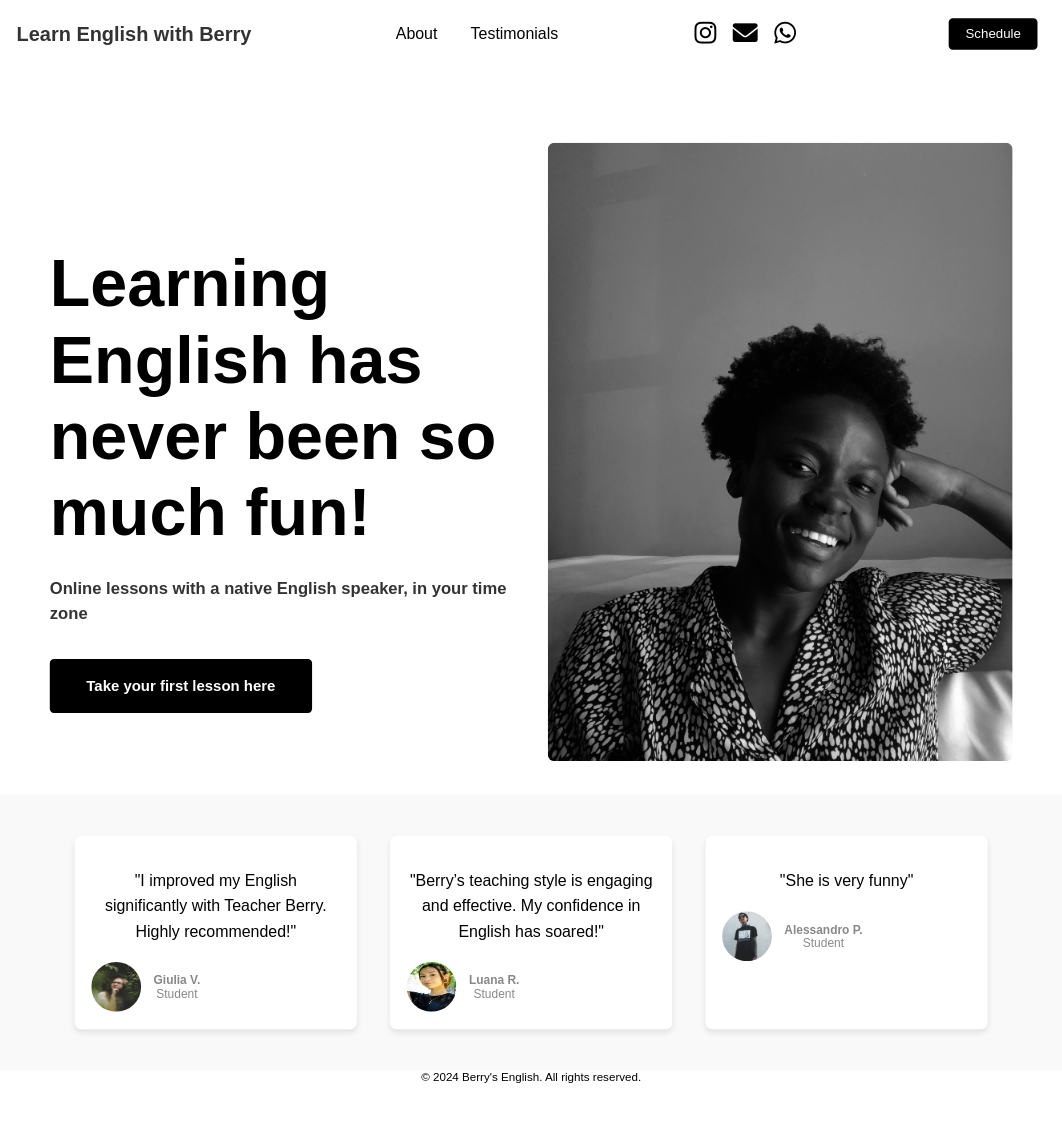
Repository: ntandomagana/esl-landing-page
Page: index.html
These files come from the project's save history. The page is drawn as it stood at one moment and after the next save; the edit follows.
The browser window is 1280 px wide. The pictures show the whole page, at 83% of full size.

Above is the page before, as saved 2024-07-17 14:56:58.

### index.html
<!DOCTYPE html>
<html lang="en">
<head>
    <meta charset="UTF-8">
    <meta name="viewport" content="width=device-width, initial-scale=1.0">
    <link rel="stylesheet" href="https://cdnjs.cloudflare.com/ajax/libs/font-awesome/6.0.0-beta3/css/all.min.css">

    <title>Berry's English</title>
    <link rel="stylesheet" href="index.css">
</head>
<body>
    <!-- Header Section -->
    <header>
        <div class="header-container">
            <div class="logo"><h1>Learn English with Berry</h1>
            </div>
            <nav>
                <ul>
                    <li><a href="#about">About</a></li>
                    <li><a href="#testimonials">Testimonials</a></li>

                </ul>
            </nav>
            <div class="social-links">
                <a href="https://www.instagram.com/ntandoblack_" target="_blank" class="social-link"><i class="fab fa-instagram"></i></a>
                <a href="mailto:ntandomagana@gmail.com" target="_blank" class="social-link"><i class="fas fa-envelope"></i></a>
                <a href="https://wa.me/0784063434" target="_blank" class="social-link"><i class="fab fa-whatsapp"></i></a>
            </div>
            <a href="#contact" class="schedule-button">Schedule</a>
        </div>
    </header>

    <!-- Left and right division -->
     <section class="content-section">
        <div class="content-wrapper">
            <div class="left-content">
                <h2>Learning English has <br />
                    never been so much fun!</h2>
                <p>Online lessons with a native English speaker, in your time zone</p>
                <a href="https://calendar.google.com/calendar/u/0/r" target="_blank" class="action-button">Take your first lesson here</a>
            </div>

            <div class="right-content">
                <img src="./assets/bwpp.jpg" alt="Teacher Berry's Image">
            </div>
        </div>

        <section id="testimonials" class="testimonials-section">
    <div class="testimonials-container">
        <div class="testimonial-item">
            <div class="testimonial-content">
                <p>"I improved my English significantly with Teacher Berry. Highly recommended!"</p>
            </div>
            <div class="testimonial-author">
                <img src="./assets/first.jpg" alt="Testimonial Author">
                <p><strong>Giulia V.</strong><br>Student</p>
            </div>
        </div>

        <div class="testimonial-item">
            <div class="testimonial-content">
                <p>"Berry’s teaching style is engaging and effective. My confidence in English has soared!"</p>
            </div>
            <div class="testimonial-author">
                <img src="./assets/second.jpg" alt="Testimonial Author">
                <p><strong>Luana R.</strong><br>Student</p>
            </div>
        </div>

        <div class="testimonial-item">
            <div class="testimonial-content">
                <p>"She is very funny"</p>
            </div>
            <div class="testimonial-author">
                <img src="./assets/third.jpg" alt="Testimonial Author">
                <p><strong>Alessandro P.</strong><br>Student</p>
            </div>
        </div>
    </div>

</section>


    <!-- Add more testimonials as needed -->

    <footer>
        <div class="footer-container">
            <p>&copy; 2024 Berry's English. All rights reserved.</p>
        </div>


     </section>
    </footer>
</body>
</html>

### index.css
/* styles.css */

body {
  font-family: Arial, Helvetica, sans-serif;
  margin: 0;
  padding: 0;
  box-sizing: border-box;
}

.header-container {
  display: flex;
  justify-content: space-between;
  align-items: center;
  padding: 10px 20px;
  background-color: white;
}

.logo h1 {
  margin: 0;
  font-size: 24px;
  color: #333;
}

nav ul {
  list-style-type: none;
  padding: 0;
  margin: 0;
  display: flex;
}

nav ul li {
  display: inline;
  margin: 20px; /* Adjust margin to add space between list items */
}

nav ul li:last-child {
  margin-right: 0;
}

nav ul li a {
  color: rgb(2, 2, 2);
  text-decoration: none;
  font-size: 1.2rem;
}

nav ul li a:hover {
  color: black;
  font-weight: bold;
}

.social-links {
  display: flex;
  align-items: center;
  margin-right: 20px;
}

.social-link {
  margin: 0 10px;
  display: inline-block;
  color: black;
  font-size: 30px;
  transition: color 0.3s ease, transform 0.3s ease, box-shadow 0.3s ease;
}

.social-link i {
  color: black;
}

.social-link:hover i {
  color: black;
  transition: black 4s ease-in-out;
  transform: translateY(-5px);
  box-shadow: 0 4px 8px rgba(19, 18, 18, 0.2);
}

.schedule-button {
  padding: 10px 20px;
  background-color: black;
  color: #fff;
  text-decoration: none;
  border-radius: 5px;
  transition: background-color 0.3s ease;
  border: none;
  cursor: pointer;
  margin-right: 10px;
}

.schedule-button:hover {
  background-color: #fff;
  border-color: rgba(0, 0, 0, 0);
  border: solid black;
  color: black;
}

.content-section {
  padding: 50px 0;
  text-align: center;
}

.content-wrapper {
  display: flex;
  justify-content: space-around;
  align-items: stretch;
  max-width: 1200px;
  margin: 20px auto;
}

.left-content {
  flex: 1;
  padding: 20px;
  text-align: left;
  display: flex;
  flex-direction: column;
  justify-content: center;
  align-items: flex-start;
}

.left-content h2 {
  font-size: 5rem;
  align-items: flex-end;
  color: rgb(0, 0, 0);
  margin-bottom: 10px;
  width: 100%;
}

.left-content p {
  font-size: 20px;
  color: #333;
  width: 100%;
  font-weight: bold;
  line-height: 1.5;
}

.right-content {
  flex: 1;
  padding: 20px;
  text-align: center;
  display: flex;
  justify-content: center;
  align-items: center;
}

.right-content img {
  max-width: 100%;
  height: auto;
  max-height: 800px; /* Example maximum height, adjust as needed */
  border-radius: 8px;
  /* Optional: Adds a subtle shadow */
}

.action-button {
    display: inline-block;
  padding: 18px 40px;
  background-color: black;
  color: #fff;
  border: 4px solid black;
  text-decoration: none;
  border-radius: 5px;
  transition: background-color 0.3s ease;
  margin-top: 20px;
  font-size: 18px;
  font-weight: bold;

}

.action-button:hover {
  background-color: #fff;
  border-color: rgba(0, 0, 0, 0);
  border: 4px solid black;
  color: black;
  margin: 20px;
  padding: 18px 40px;
}


.testimonials-section {
    padding: 50px 0;
    text-align: center;
    background-color: #f9f9f9; /* Light background color */
}

.testimonials-container {
    display: flex;
    justify-content: center; /* Center align items horizontally */
    gap: 20px;
}

.testimonial-item {
    width: 300px; /* Adjust width as needed */
    margin: 0 10px; /* Adjust margin between testimonials */
    padding: 20px;
    background-color: #fff;
    border-radius: 8px;
    box-shadow: 0 4px 8px rgba(0, 0, 0, 0.1); /* Subtle shadow effect */
}

.testimonial-content {
    margin-bottom: 20px;
}

.testimonial-content p {
    font-size: 1.2rem;
    line-height: 1.6;
}

.testimonial-author {
    display: flex;
    align-items: center;
}

.testimonial-author img {
    width: 60px;
    height: 60px;
    border-radius: 50%; /* Rounded avatar */
    margin-right: 15px;
}

.testimonial-author p {
    font-size: 0.9rem;
    color: #888;
}

.testimonial-author strong {
    font-weight: bold;
}

/* index.css */

/* Styles for header, main content, testimonials, etc. */

footer {
    background-color: white;
    color: black;;
    padding:
    text-align: center;
}

.footer-container {
    display: flex;
    justify-content: center;
    align-items: center;
    max-width: 1200px;
    margin: 0 auto;
}

.footer-container p {
    margin: 0;
    font-size: 14px;
}



@media (max-width: 768px) {
    .content-wrapper {
        flex-direction: column; /* Stack columns vertically on smaller screens */
        text-align: center;
    }

    .left-content, .right-content {
        padding: 10px; /* Adjust padding for smaller screens */
    }

    .testimonial-item {
        width: 100%; /* Full width for testimonials on smaller screens */
        margin: 0 0 20px; /* Adjust margin for spacing */
    }
}

After the next save:
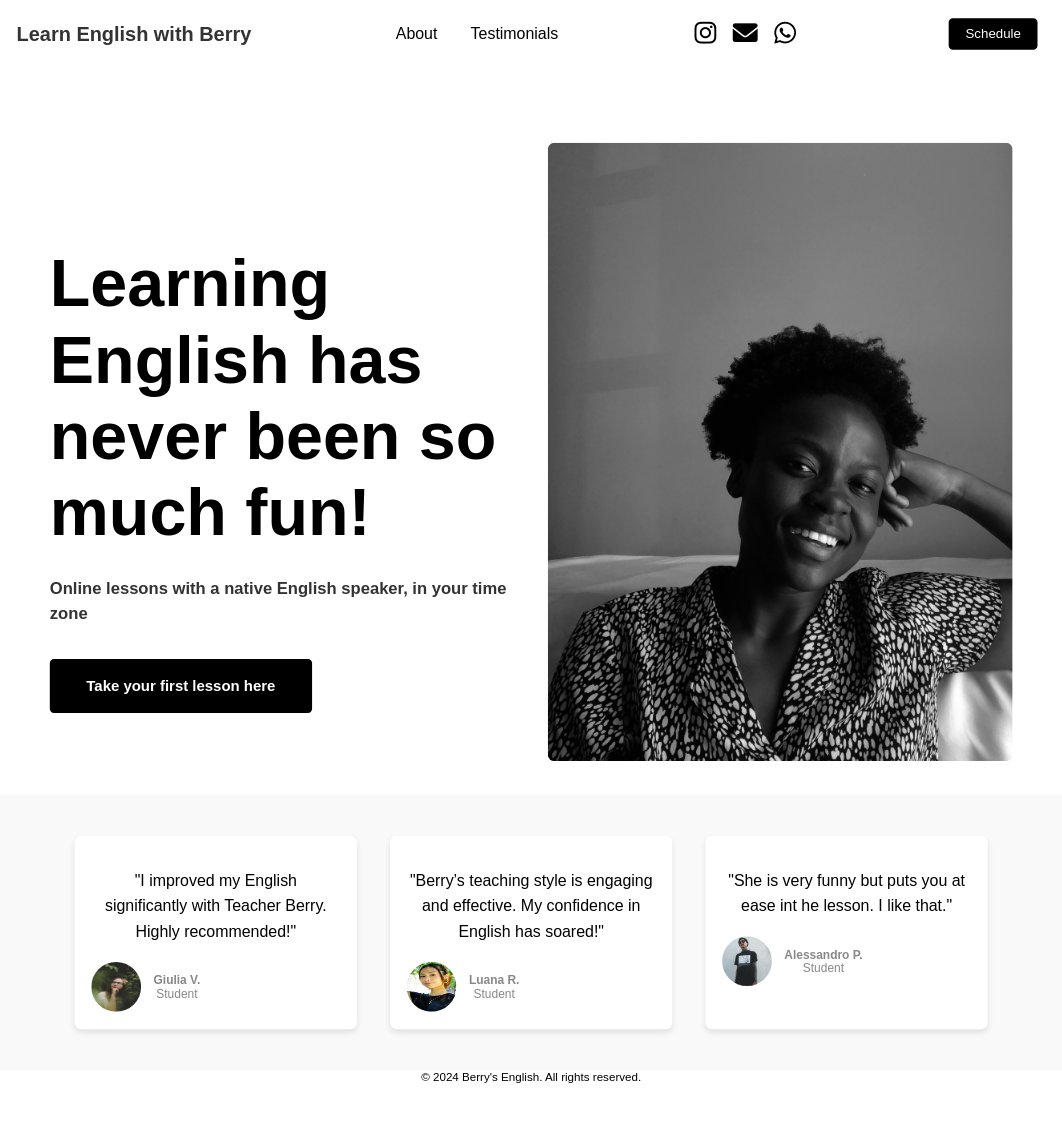
Saved 13 s later.
--- a/index.html
+++ b/index.html
@@ -69,7 +69,7 @@
 
         <div class="testimonial-item">
             <div class="testimonial-content">
-                <p>"She is very funny"</p>
+                <p>"She is very funny but puts you at ease int he lesson. I like that."</p>
             </div>
             <div class="testimonial-author">
                 <img src="./assets/third.jpg" alt="Testimonial Author">
